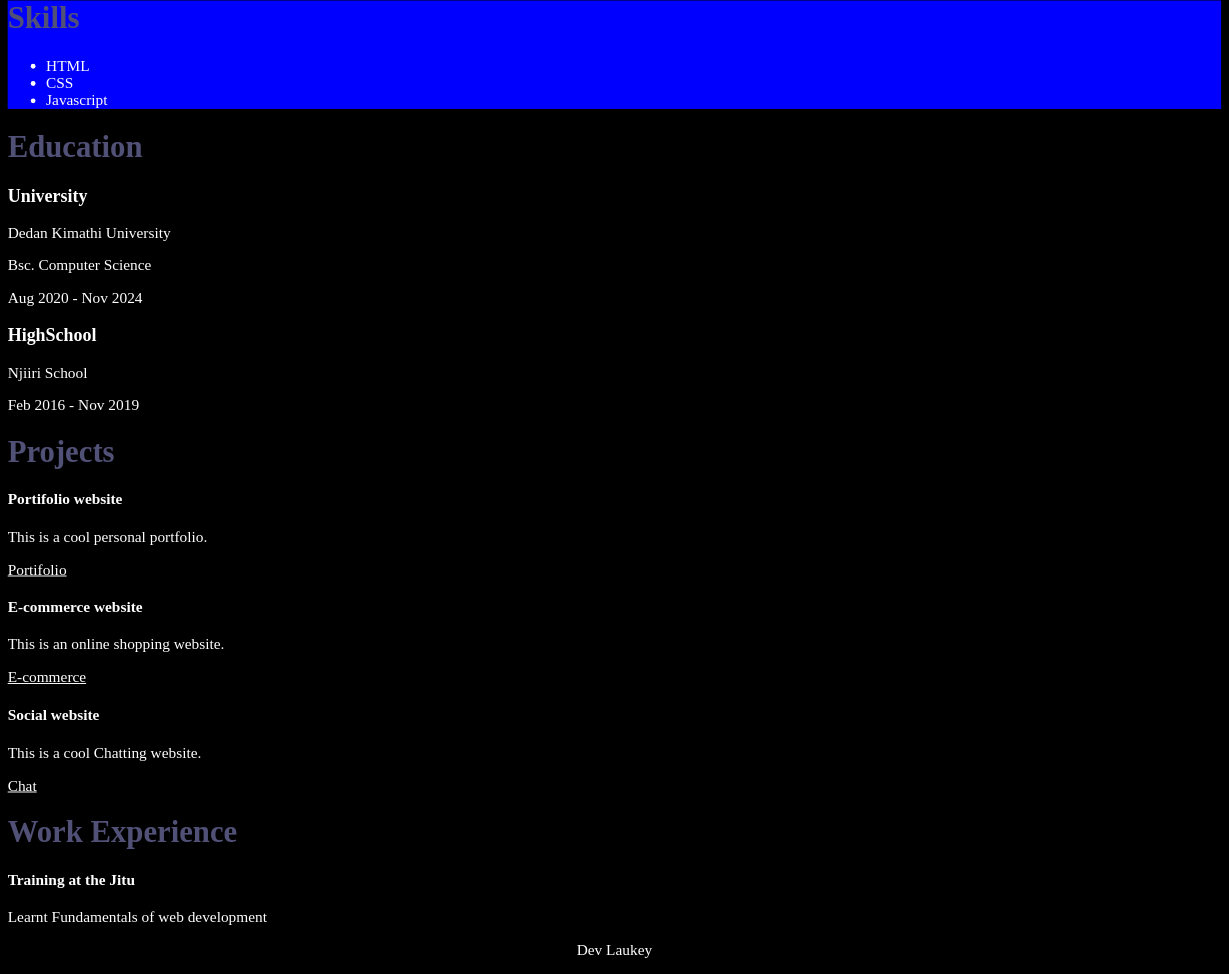
Repository: LaukeyMwaura/Jitu-Day-2
Page: index.html
An editor plug-in stored every save of this project. The page is shown before and after the next save, followed by the edit.
The browser window is 1280 px wide. The pictures show the part of the page from y = 762 to 1777 px (the page is 1777 px tall), at 96% of full size.
A picture or video elsewhere on the page could not be fetched, so the positions and the page height are approximate.

Above is the page before, as saved 2022-05-11 14:35:06.

### index.html
<!DOCTYPE html>
<html lang="en">
  <head>
    <meta charset="UTF-8" />
    <meta http-equiv="X-UA-Compatible" content="IE=edge" />
    <meta name="viewport" content="width=device-width, initial-scale=1.0" />
    <title>First Site</title>
    <link rel="stylesheet" href="./style.css">
  </head>
  <body>
    <nav>
      <ul style="list-style-type: circle">
        <li><a href="#about">About </a></li>
        <li><a href="#skills">Skills </a></li>
        <li><a href="#education">Education </a></li>
        <li><a href="#projects">Projects </a></li>
        <li><a href="#work">Work </a></li>
      </ul>
    </nav>
    <div id="about">
      <h1 style="color:red;">About Me</h1>
      <p>I am a software developer trainee.</p>
      <img
        height="450"
        weight="450"
        src="https://devlaukey.netlify.app/uploads/me.jpeg"
        alt=""
      />
      <p>Let's connect:</p>
      <a target="_blank" href="https://devlaukey.netlify.com/">Website</a>
      <a target="_blank" href="https://www.linkedin.com/in/devlaukey/"
        >LinkedIn</a
      >
      <a target="_blank" href="https://github.com/DevLaukey">Github</a>
    </div>
    <div id="skills" style="background-color: blue; color: white;">
      <h1>Skills</h1>
      <ul>
        <li>HTML</li>
        <li>CSS</li>
        <li>Javascript</li>
      </ul>
    </div>
    <div id="education">
      <h1>Education</h1>
      <div class="">
        <h3>University</h3>
        <p>Dedan Kimathi University</p>
        <p>Bsc. Computer Science</p>
        <p>Aug 2020 - Nov 2024</p>
      </div>
      <div>
        <h3>HighSchool</h3>
        <p>Njiiri School</p>
        <p>Feb 2016 - Nov 2019</p>
      </div>
    </div>
    <div id="projects">
      <h1>Projects</h1>
      <div>
        <h4>Portifolio website</h4>
        <p>This is a cool personal portfolio.</p>
        <a href="https://devlaukey.netlify.app/">Portifolio</a>
      </div>
      <div>
        <h4>E-commerce website</h4>
        <p>This is an online shopping website.</p>
        <a href="https://victor-100.web.app/">E-commerce</a>
      </div>
      <div>
        <h4>Social website</h4>
        <p>This is a cool Chatting website.</p>
        <a href="https://messenger-clone-70550.web.app/">Chat</a>
      </div>
    </div>
    <div id="work">
      <h1>Work Experience</h1>
      <div>
        <h4>Training at the Jitu</h4>
        <p>Learnt Fundamentals of web development</p>
      </div>
    </div>
    <footer style="background-color: black; color: white; text-align: center">
      <p>Dev Laukey</p>
    </footer>
  </body>
</html>

### style.css
*{
    color: white;
}
body{
    background-color:black;
}

h1{
    color:rgb(81, 81, 119);
}

After the next save:
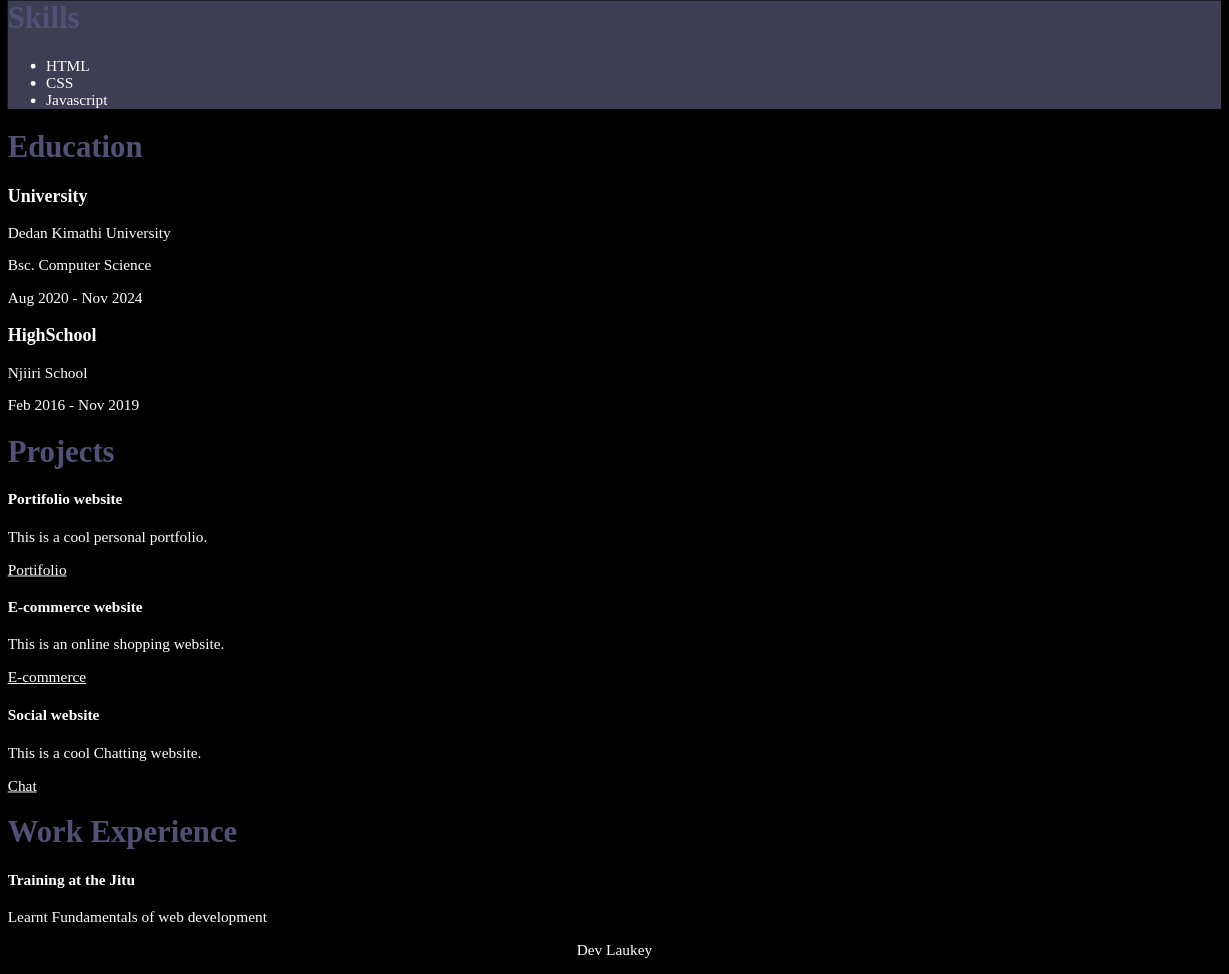
Saved 13 s later.
--- a/index.html
+++ b/index.html
@@ -33,7 +33,7 @@
       >
       <a target="_blank" href="https://github.com/DevLaukey">Github</a>
     </div>
-    <div id="skills" style="background-color: blue; color: white;">
+    <div id="skills" style="background-color: rgb(61, 61, 83); color: white;">
       <h1>Skills</h1>
       <ul>
         <li>HTML</li>
